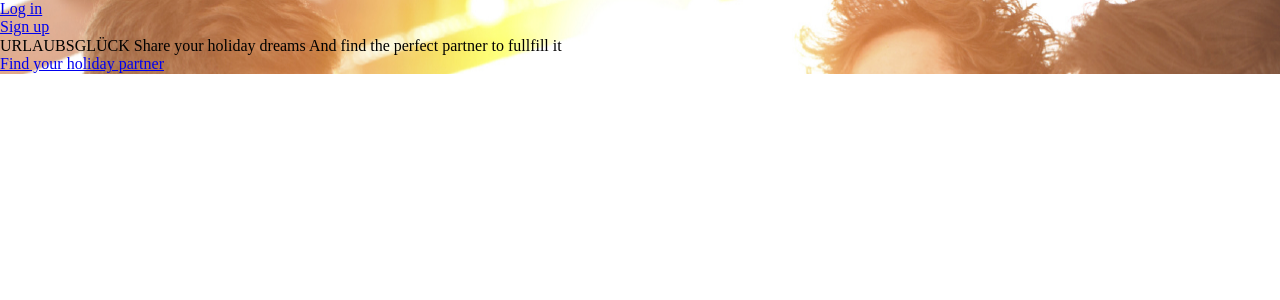
Repository: RobinKite/web_core_hws
Page: html-css/module-08/index.html
The author's editor kept a copy of each file at every save. The page is drawn from the files as they stood at one save, then again after the next save.
The browser window is 1280 px wide. The pictures show the whole page.

Above is the page before, as saved 2020-04-30 22:03:24.

### html-css/module-08/index.html
<!DOCTYPE html>
<html lang="en">

<head>
    <meta charset="UTF-8">
    <meta name="viewport" content="width=device-width, initial-scale=1.0">
    <meta http-equiv="X-UA-Compatible" content="ie=edge">
    <title>Module-08</title>
    <link rel="stylesheet" href="css/normalize.css">
    <link rel="stylesheet" href="css/styles.css">

</head>

<body>
    <header>
        <ul>
            <li><a href="#">Log in</a></li>
            <li><a href="#">Sign up</a></li>
        </ul>

        <span>URLAUBSGLÜCK</span>
        <span>Share your holiday dreams</span>
        <span>And find the perfect partner to fullfill it</span>
        <div>
            <a href="#">Find your holiday partner</a>
        </div>
    </header>
</body>

</html>

### html-css/module-08/css/styles.css
* {
    box-sizing: border-box;
    padding: 0;
    margin: 0;
    /* outline: 1px solid red; */
}

*,
*::before,
*::after {
    box-sizing: inherit;
}

img {
    display: block;
    max-width: 100%;
    object-fit: cover;
}


/* HEADER */

header {
    background: url(../img/wallpaper.png);
}


/* HIDDEN */

.visually-hidden:not(:focus):not(:active),
input[type="checkbox"].visually-hidden,
input[type="radio"].visually-hidden {
    position: absolute;
    width: 1px;
    height: 1px;
    margin: -1px;
    border: 0;
    padding: 0;
    white-space: nowrap;
    clip-path: inset(100%);
    clip: rect(0 0 0 0);
    overflow: hidden;
}

Loaded but not shown: html-css/module-08/css/normalize.css (library)

After the next save:
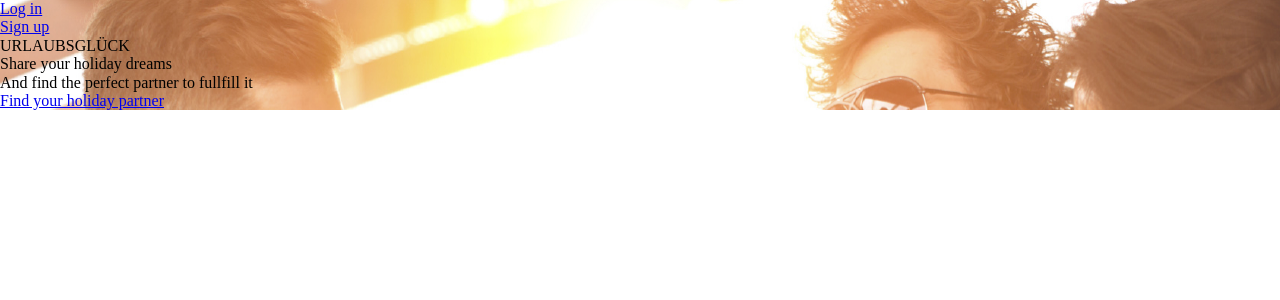
Saved 27 s later.
--- a/html-css/module-08/index.html
+++ b/html-css/module-08/index.html
@@ -18,12 +18,12 @@
             <li><a href="#">Sign up</a></li>
         </ul>
 
-        <span>URLAUBSGLÜCK</span>
-        <span>Share your holiday dreams</span>
-        <span>And find the perfect partner to fullfill it</span>
-        <div>
-            <a href="#">Find your holiday partner</a>
-        </div>
+        <p>URLAUBSGLÜCK</span>
+            <p>Share your holiday dreams</span>
+                <p>And find the perfect partner to fullfill it</span>
+                    <div>
+                        <a href="#">Find your holiday partner</a>
+                    </div>
     </header>
 </body>
 
